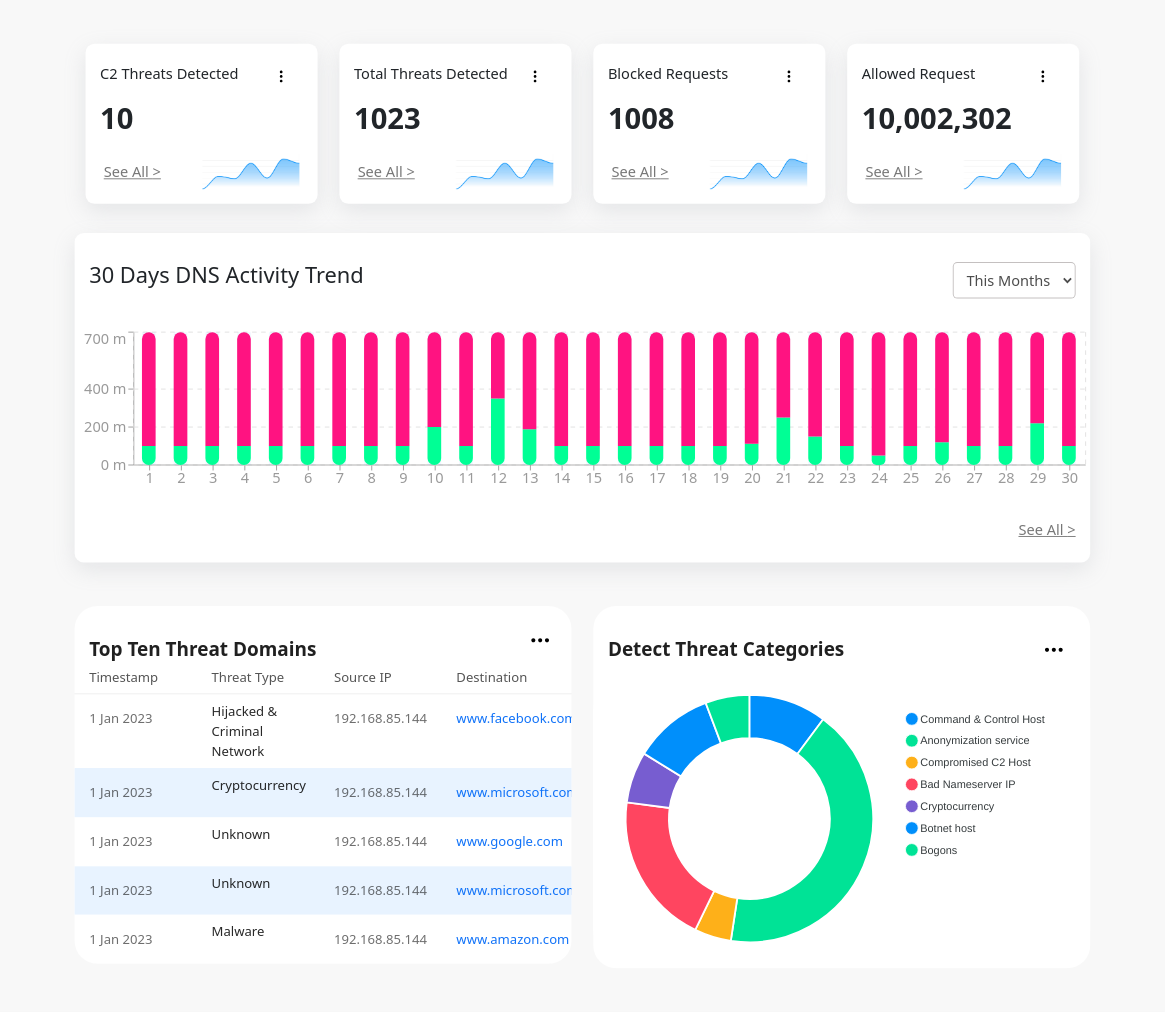
Repository: badhon252/dashboard
Page: /
An editor plug-in stored every save of this project. The page is shown before and after the next save, followed by the edit.
The browser window is 1280 px wide. The pictures show the whole page, at 91% of full size.
The project was rebuilt for these pictures with package versions that can differ from the ones it lists, and the page was loaded fresh each time. Also part of the build but not shown: vite.config.js.

Above is the page before, as saved 2023-01-27 05:39:44.

### index.html
<!DOCTYPE html>
<html lang="en">

<head>
    <meta charset="UTF-8" />
    <link rel="icon" type="image/svg+xml" href="/vite.svg" />
    <meta name="viewport" content="width=device-width, initial-scale=1.0" />
    <!-- bootsrap cdn  -->
    <link rel="stylesheet" href="https://cdn.jsdelivr.net/npm/bootstrap@5.2.3/dist/css/bootstrap.min.css">
    <title>DashBoard</title>
</head>

<body>
    <div id="root"></div>

    <script type="module" src="/src/index.jsx"></script>
    <!-- bootsrap cdn  -->
    <script type="module" src="https://cdn.jsdelivr.net/npm/bootstrap@5.2.3/dist/js/bootstrap.bundle.min.js"></script>
</body>

</html>

### src/App.jsx
import "./App.css";
import Activity from "./Components/Activity/Activity";
import Analysis from "./Components/Analysis/Analysis";
import Status from "./Components/Status/Status";

function App() {
  return (
    <div className="container">
      <Status />
      <Activity />
      <Analysis />
    </div>
  );
}

export default App;

### src/App.css
*,
::after,
::before {
    box-sizing: border-box;
}

body {
    background-color: #f8f8f8;
}

.link {
    color: rgba(0, 0, 0, 0.534);
    text-decoration: underline;
    font-size: 1em;
    padding: 0;
}

.link,
img {
    cursor: pointer;
}

### src/Components/Activity/Activity.jsx
import "./Activity.css";
import ActivityGraph from "./ActivityGraph";
import ActivityHeader from "./ActivityHeader";

export default function Activity() {
  const customTooltip = ({ active, payload, label }) => {
    if (active && payload && payload.length) {
      return (
        <div className="custom-tooltip">
          <p className="date-label">26 Jan 2023</p>

          <div className="d-flex">
            <div className="tooltip-allowed ">
              <p className="label">
                <span>00</span> Allowed
              </p>
              <p className="label">
                <span>00</span>
                {`${payload[0].value}`}
              </p>
            </div>

            <div className="tooltip-blocked">
              <p className="label">
                <span>00</span> Blocked
              </p>
              <p className="label">
                <span>00</span>
                {`${payload[1].value}`}
              </p>
            </div>
          </div>
        </div>
      );
    }
  };

  return (
    <div className="activity">
      <ActivityHeader />
      <div className="activity_graph">
        {/* barhcart Code goes here  */}
        <ActivityGraph CustomTooltip={customTooltip} />
        <div className="link py-4 px-3">See All {">"} </div>
      </div>
    </div>
  );
}

### src/Components/Analysis/Analysis.jsx
import "./Analysis.css";
import DomainInfo from "./DomainInfo";
import dotIcon from "../../assets/dot.svg";
import GraphAnalysis from "./Graph/GraphAnalysis";

export default function Analysis() {
  return (
    <div className="row my-5" id="analysis">
      <div className="col-md-6">
        <DomainInfo icon={dotIcon} />
      </div>
      <div className="col-md-6">
        <GraphAnalysis icon={dotIcon} />
      </div>
    </div>
  );
}

### src/Components/Status/Status.jsx
import React from 'react'
import "./Status.css"
import StatusCard from './StatusCard';
import dotIcon from "../../assets/dot.svg"

export default function Status() {
  return (
    <div id="status" className='container'>
      <div className='row' >

        <div className="col-md-3">
            <StatusCard title="C2 Threats Detected" icon={dotIcon} amount="10" link={null}/>
        </div>
        <div className="col-md-3">
            <StatusCard title="Total Threats Detected" icon={dotIcon} amount="1023" link={null}/>
        </div>
        <div className="col-md-3">
            <StatusCard title="Blocked Requests" icon={dotIcon} amount="1008" link={null}/>
        </div>
        <div className="col-md-3">
            <StatusCard title="Allowed Request" icon={dotIcon} amount="10,002,302" link={null}/>
        </div>

      </div>
    </div>
  )
}

### src/Components/Activity/Activity.css
.activity {
    background-color: #ffffff;
    margin: 1rem 0;
    border-radius: 10px;
    box-shadow: rgba(149, 157, 165, 0.2) 0px 8px 24px;
}

.activity_header {
    justify-content: space-between;
    padding: 2rem 1rem;
    border-radius: 5px;
}

.activity_graph .link {
    text-align: right;
}

#months {
    background-color: #fff;
    border: 1px solid rgba(120, 111, 111, 0.434);
    outline: none;
    border-radius: 5px;
    padding: 7px 10px;
    font-size: 1rem;
    color: #000000b3;
    cursor: pointer;
}

.custom-tooltip {
    background-color: #fff;
    padding: 0.7rem;
    border: none;
    border-radius: 15px;
    box-shadow: 0 0 5px 0 rgba(0, 0, 0, 0.2);
}

.activity .date-label {
    font-size: 1rem;
    font-weight: 600;
    color: #000000b3;
    border-bottom: 1px solid #e4e4e4;
}

.activity .label {
    font-size: 0.9rem;
    font-weight: 400;
    color: #000000b3;
    padding: 2px 5px;
}

.tooltip-allowed {
    padding-right: 1rem;
    border-right: 1px solid #e4e4e4;
}

.tooltip-allowed .label:last-child {
    color: rgb(0, 164, 60);
    border-radius: 15px;
    background-color: rgba(113, 251, 0, 0.228);
}

.tooltip-allowed .label span {
    width: 5px;
    height: 5px;
    border-radius: 50%;
    background-color: rgb(0, 251, 109);
    color: rgb(0, 251, 92);
    margin-right: 5px;
    font-size: 5px;
}

.tooltip-blocked {
    padding-left: 1rem;
}

.tooltip-blocked .label span {
    width: 5px;
    height: 5px;
    border-radius: 50%;
    background-color: rgb(251, 0, 71);
    color: rgb(251, 0, 71);
    font-size: 5px;
    margin-right: 5px;
}

.tooltip-blocked .label:last-child {
    color: #000000b3;
    border-radius: 115px;
    color: rgb(251, 0, 71);
    background-color: rgba(251, 0, 71, 0.133);
}

### src/Components/Activity/ActivityGraph.jsx
import {
  ResponsiveContainer,
  XAxis,
  YAxis,
  BarChart,
  Bar,
  Tooltip,
  CartesianGrid,
} from "recharts";
import Data from "../data";
import "./Activity.css";

const ActivityGraph = ({ CustomTooltip }) => {
  return (
    //? Creating Bars
    <ResponsiveContainer width="100%" aspect="6">
      <BarChart data={Data()} outerRadius={10}>
        <XAxis dataKey="id" stroke="#9a9a9a" interval={"preserveStartEnd"} />
        <YAxis
          dataKey="height"
          stroke="#9a9a9a"
          interval={"preserveStartEnd"}
          domain={[0, 250, 500, 750]}
          tickFormatter={(value) => `${value} m`}
        />
        <CartesianGrid stroke="#e0dfdf" strokeDasharray="5 5" />

        <Bar
          barSize={15}
          dataKey="allowed"
          strokeWidth={1}
          stackId="a"
          fill="rgb(0, 255, 149)"
          radius={[0, 0, 15, 15]}
          background={{ fill: "#5590ff13" }}
        />

        <Bar
          barSize={15}
          dataKey="blocked"
          strokeWidth={1}
          stackId="a"
          fill="rgb(255, 19, 129)"
          radius={[10, 10, 0, 0]}
        ></Bar>

        <Tooltip content={<CustomTooltip />} cursor={{ fill: "blue" }} />
      </BarChart>
    </ResponsiveContainer>
  );
};

export default ActivityGraph;

### src/Components/Activity/ActivityHeader.jsx
const ActivityHeader = () => {
  return (
    <div className="activity_header d-flex">
      <h4>30 Days DNS Activity Trend</h4>
      <div className="activity_header_right">
        <form action="">
          <select id="months" name="months">
            <option value="January">This Months</option>
            <option value="Februery">Februery</option>
            <option value="March">March</option>
            <option value="April">April</option>
            <option value="May">May</option>
            <option value="June">June</option>
            <option value="July">July</option>
            <option value="August">August</option>
            <option value="September">September</option>
            <option value="October">October</option>
            <option value="November">November</option>
            <option value="December">December</option>
          </select>
        </form>
      </div>
    </div>
  );
};

export default ActivityHeader;

### src/Components/Analysis/Analysis.css
#analysis {
    overflow: hidden;
}

.footer {
    text-align: center;
}

#analysis .row .col-md-6 {
    padding: 0;
    margin: 1rem;
}

.title {
    font-size: 1.3rem;
    font-weight: 600;
    color: rgba(0, 0, 0, 0.874);
}

#analysis .domainInfo,
.analysisGraph {
    color: rgba(0, 0, 0, 0.568);
    font-size: 0.9rem;
    background-color: #ffffff;
    border-radius: 25px;
}

.domainHeader {
    border-bottom: 1px solid rgba(128, 128, 128, 0.185);
    padding: 0 1rem;
    color: rgba(0, 0, 0, 0.67);
}

.threatDomain:nth-child(odd) {
    background-color: #e8f3ff;
}

.threatDomain {
    padding: 0 1rem;
}

.threatType {
    font-size: 0.9rem;
    color: rgba(0, 0, 0, 0.843);
}

.destination {
    color: #1072f8;
}


/* Graph  */

.apexcharts-legend-series:hover {
    background-color: rgba(0, 0, 0, 0.087);
    border-radius: 5px;
    box-sizing: border-box;
}

.domainInfo {
    background-color: #fff;
    border-radius: 15px;
    box-sizing: border-box;
    overflow: hidden;
}

.img {
    box-sizing: border-box;
    transform: rotate(90deg);
    padding: 0.5rem;
}


/* Graph  */

.graph {
    background-color: #fff;
    border-radius: 25px;
    box-sizing: border-box;
    padding: 0 1rem;
    overflow: hidden;
    height: 100%;
}

### src/Components/Analysis/DomainInfo.jsx
import DomainThreat from "./DomainThreat";
import "./Analysis.css";

const DomainInfo = ({ icon }) => {
  return (
    <div className="domainInfo">
      <div className="title my-3"></div>
      <div className="analysis-heading d-flex justify-content-between mx-3">
        <div className="title py-3 pb-1">Top Ten Threat Domains</div>
        <div className="img">
          <img className="img-fluid w-75" src={icon} alt=":" />
        </div>
      </div>
      {/*Threat Domains Header*/}
      <div className="row domainHeader pb-2">
        <div className="col-md-3">
          <div className="timestamp">Timestamp</div>
        </div>
        <div className="col-md-3">
          <div className="">Threat Type</div>
        </div>
        <div className="col-md-3">
          <div className="sourseIp">Source IP</div>
        </div>
        <div className="col-md-3">
          <div className="">Destination</div>
        </div>
      </div>
      {/*Threat Domains*/}
      <DomainThreat
        timestamp="1 Jan 2023"
        sourseIp="192.168.85.144"
        threatType="Hijacked & Criminal Network"
        destination="www.facebook.com"
      />
      <DomainThreat
        timestamp="1 Jan 2023"
        threatType="Cryptocurrency"
        sourseIp="192.168.85.144"
        destination="www.microsoft.com"
      />
      <DomainThreat
        timestamp="1 Jan 2023"
        sourseIp="192.168.85.144"
        destination="www.google.com"
      />
      <DomainThreat
        timestamp="1 Jan 2023"
        sourseIp="192.168.85.144"
        destination="www.microsoft.com"
      />
      <DomainThreat
        timestamp="1 Jan 2023"
        threatType="Malware"
        sourseIp="192.168.85.144"
        destination="www.amazon.com"
      />
    </div>
  );
};

export default DomainInfo;

### src/Components/Analysis/Graph/GraphAnalysis.jsx
import Graph from "./Graph";
import "../Analysis.css";

const data = [
  { name: "Command & Control Host", value: 10.8 },
  { name: "Anonymization service", value: 44.8 },
  { name: "Compromised C2 Host", value: 5.1 },
  { name: "Bad Nameserver IP", value: 21.1 },
  { name: "Cryptocurrency", value: 7.1 },
  { name: "Botnet host", value: 11.1 },
  { name: "Bogons", value: 6.1 },
];

const AnalysisGraph = ({ icon }) => {
  return (
    <div className="analysisGraph py-3">
      <div className="analysis-heading d-flex justify-content-between p-3">
        <div className="title ">Detect Threat Categories</div>
        <div className="img">
          <img className="img-fluid w-75" src={icon} alt=":" />
        </div>
      </div>
      <div className="threatGraph">
        <Graph data={data} />
      </div>
    </div>
  );
};

export default AnalysisGraph;

### src/Components/Status/Status.css
/* Card css  */

.myCard {
    transition: all 0.3s ease-in-out;
    box-shadow: rgba(149, 157, 165, 0.2) 0px 8px 24px;
    border-radius: 10px;
    background-color: #fff;
}

.myCard_title {
    font-size: 1rem;
    font-weight: 500;
    margin: 0.5rem 0;
}

.myCard_value {
    font-size: 2em;
    font-weight: 600;
}

.myCard_data {
    display: flex;
    justify-content: space-between;
    align-items: center;
    padding: 0 1rem;
}

.myCard .col-md-3,
.myCard .col-sm-6 {
    padding: 0;
}

### src/Components/Status/StatusCard.jsx
import "./Status.css";
import areaChart from "../../assets/areaChat.png";

export default function StatusCard({ title, icon, amount, link }) {
  return (
    <div className="myCard mt-5 mb-3 p-3">
      <div className="myCard_Head d-flex justify-content-between">
        <h3 className="myCard_title">{title}</h3>
        <h3 className="myCard_icon">
          <img className="img-fluid w-50" src={icon} alt=":" />
        </h3>
      </div>

      <div className="myCard_value">{amount}</div>

      <div className="myCard_data row pt-3">
        <div className="link col-sm-6">
          <a href={link}>See All {">"} </a>
        </div>
        <div className="myCard_Graph col-sm-6">
          <img className="img-fluid" src={areaChart} alt="" />
        </div>
      </div>
    </div>
  );
}

### src/Components/data.js
export default function Data() {
  return [
    { id: 1, date: "1 Jan 2023", height: 700, allowed: 100, blocked: 20000 },
    { id: 2, date: "2 Jan 2023", height: 700, allowed: 100, blocked: 20000 },
    { id: 3, date: "3 Jan 2023", height: 700, allowed: 100, blocked: 20000 },
    { id: 4, date: "4 Jan 2023", height: 450, allowed: 100, blocked: 20000 },
    { id: 5, date: "5 Jan 2023", height: 700, allowed: 100, blocked: 20000 },
    { id: 6, date: "6 Jan 2023", height: 500, allowed: 100, blocked: 20000 },
    { id: 7, date: "7 Jan 2023", height: 700, allowed: 100, blocked: 20000 },
    { id: 8, date: "8 Jan 2023", height: 700, allowed: 100, blocked: 20000 },
    { id: 9, date: "9 Jan 2023", height: 700, allowed: 100, blocked: 20000 },
    { id: 10, date: "10 Jan 2023", height: 500, allowed: 200, blocked: 20000 },
    { id: 11, date: "11 Jan 2023", height: 550, allowed: 100, blocked: 20000 },
    {
      id: 12,
      date: "12 Jan 2023",
      height: 700,
      value: 15000,
      allowed: 350,
      blocked: 20000,
    },
    {
      id: 13,
      date: "13 Jan 2023",
      height: 700,
      value: 15000,
      allowed: 188,
      blocked: 200200,
    },
    {
      id: 14,
      date: "14 Jan 2023",
      height: 700,
      value: 15000,
      allowed: 100,
      blocked: 20000,
    },
    {
      id: 15,
      date: "15 Jan 2023",
      height: 700,
      value: 15000,
      allowed: 100,
      blocked: 20000,
    },
    {
      id: 16,
      date: "16 Jan 2023",
      height: 700,
      value: 15000,
      allowed: 100,
      blocked: 20000,
    },
    {
      id: 17,
      date: "17 Jan 2023",
      height: 700,
      value: 15000,
      allowed: 100,
      blocked: 20000,
    },
    { id: 18, date: "18 Jan 2023", height: 700, allowed: 100, blocked: 20000 },
    { id: 19, date: "19 Jan 2023", height: 600, allowed: 100, blocked: 20000 },
    {
      id: 20,
      date: "20 Jan 2023",
      height: 700,

      allowed: 112,
      blocked: 20024000,
    },
    {
      id: 21,
      date: "21 Jan 2023",
      height: 600,
      value: 15000,
      allowed: 250,
      blocked: 20000,
    },
    {
      id: 22,
      date: "22 Jan 2023",
      height: 650,
      value: 15000,
      allowed: 150,
      blocked: 20000,
    },
    {
      id: 23,
      date: "23 Jan 2023",
      height: 700,
      value: 15000,
      allowed: 100,
      blocked: 20000,
    },
    {
      id: 24,
      date: "24 Jan 2023",
      height: 700,
      value: 15000,
      allowed: 50,
      blocked: 5000,
    },
    {
      id: 25,
      date: "25 Jan 2023",
      height: 700,
      value: 15000,
      allowed: 100,
      blocked: 20000,
    },
    {
      id: 26,
      date: "26 Jan 2023",
      height: 700,
      value: 15000,
      allowed: 120,
      blocked: 20000,
    },
    {
      id: 27,
      date: "27 Jan 2023",
      height: 700,
      value: 1500,
      allowed: 100,
      blocked: 20000,
    },
    {
      id: 28,
      date: "28 Jan 2023",
      height: 700,
      value: 1500,
      allowed: 100,
      blocked: 2000,
    },
    {
      id: 29,
      date: "29 Jan 2023",
      height: 600,
      value: 1500,
      allowed: 220,
      blocked: 20000,
    },
    {
      id: 30,
      date: "30 Jan 2023",
      height: 700,
      value: 150,
      allowed: 100,
      blocked: 10200,
    },
  ];
}

### src/Components/Analysis/DomainThreat.jsx
import "./Analysis.css";
const DomainThreat = ({ timestamp, threatType, sourseIp, destination }) => {
  return (
    <div className="row threatDomain">
      <div className="col-md-3 my-3">
        <div className="timestamp">{timestamp || "Unknown"}</div>
      </div>
      <div className="col-md-3 my-2">
        <div className="threatType">{threatType || "Unknown"}</div>
      </div>
      <div className="col-md-3 my-3">
        <div className="sourseIp">{sourseIp || "Unknown"}</div>
      </div>
      <div className="col-md-3 my-3">
        <div className="destination">{destination || "Unknown"}</div>
      </div>
    </div>
  );
};

export default DomainThreat;

### src/Components/Analysis/Graph/Graph.jsx
import Chart from "react-apexcharts";
import "../Analysis.css";

const data = [
  { name: "Command & Control Host", value: 10.8, color: "#003f94" },
  { name: "Anonymization service", value: 44.8, color: "#0054c5" },
  { name: "Compromised C2 Host", value: 5.1, color: "#000" },
  { name: "Bad Nameserver IP", value: 21.1, color: "#3287f8" },
  { name: "Cryptocurrency", value: 7.1, color: "#66a5fa" },
  { name: "Botnet host", value: 11.1, color: "#99c3fb" },
  { name: "Bogons", value: 6.1, color: "#99c3fb" },
];

function Graph({ icon }) {
  const name = data.map((e) => e.name);
  const value = data.map((e) => e.value);
  const myColor = data.map((e) => e.color);

  return (
    <div className="graph">
      <Chart
        type="donut"
        width={500}
        series={value}
        options={{
          labels: name,
          color: myColor,
          legend: {
            onItemHover: {
              highlightDataSeries: true,
            },
            markers: {
              onClick: (chart, seriesIndex, opts) => {
                console.log(`Series - ${seriesIndex} , Opts- ${opts} `);
              },
            },
          },

          plotOptions: {
            pie: {
              expandOnClick: true,

              donut: {
                size: "65",
                labels: {
                  show: true,
                  total: {
                    show: false,
                    showAlways: false,
                    // formatter: () => "343",
                  },
                },
              },
            },
          },

          dataLabels: {
            enabled: false,
          },
        }}
      />
    </div>
  );
}
export default Graph;

Loaded but not shown: src/index.jsx (common file)

After the next save:
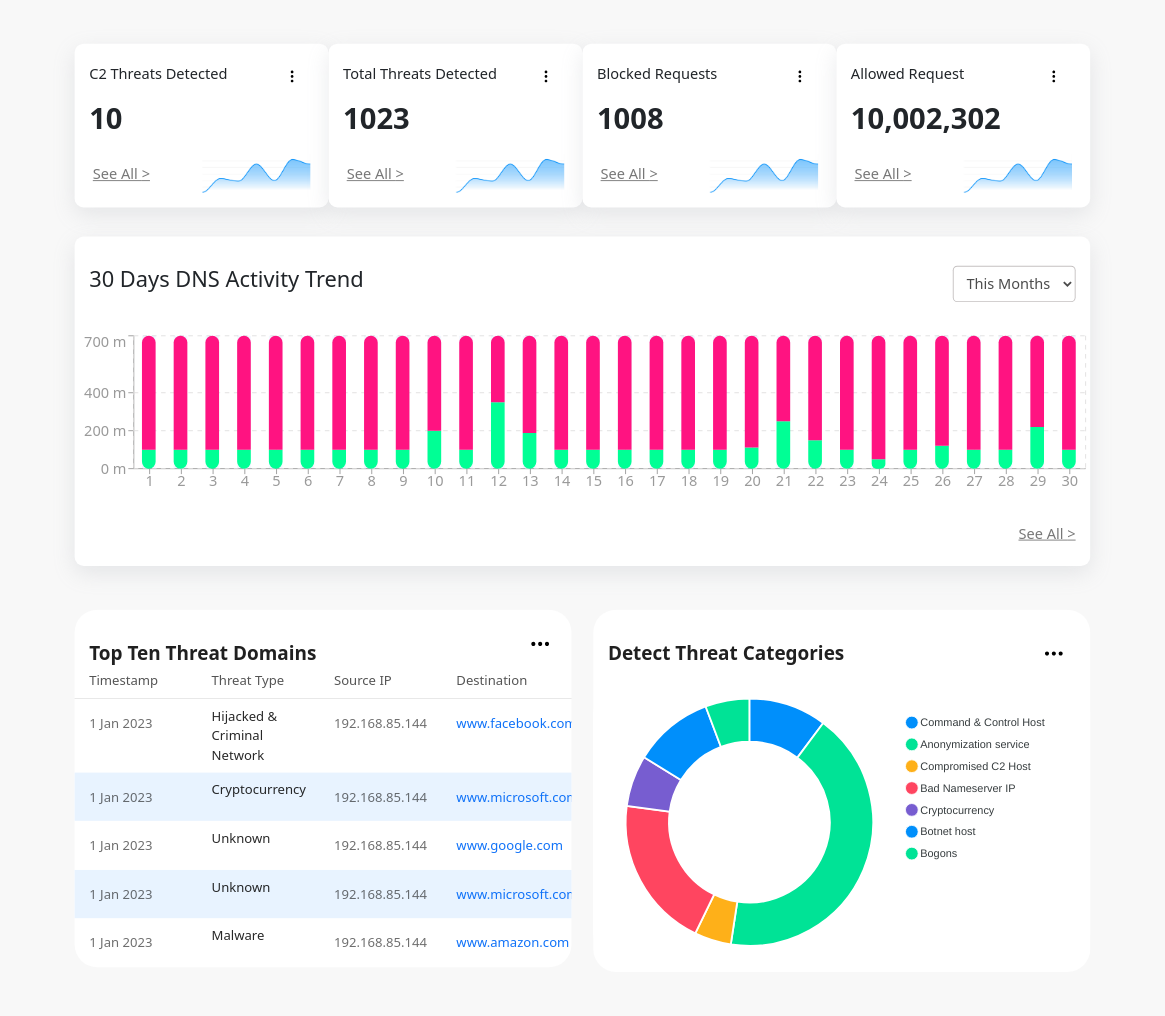
Saved 6 h 36 min later.
--- a/src/Components/Status/Status.css
+++ b/src/Components/Status/Status.css
@@ -1,4 +1,8 @@
 /* Card css  */
+
+#status .col-md-3 {
+    padding: 0;
+}
 
 .myCard {
     transition: all 0.3s ease-in-out;
